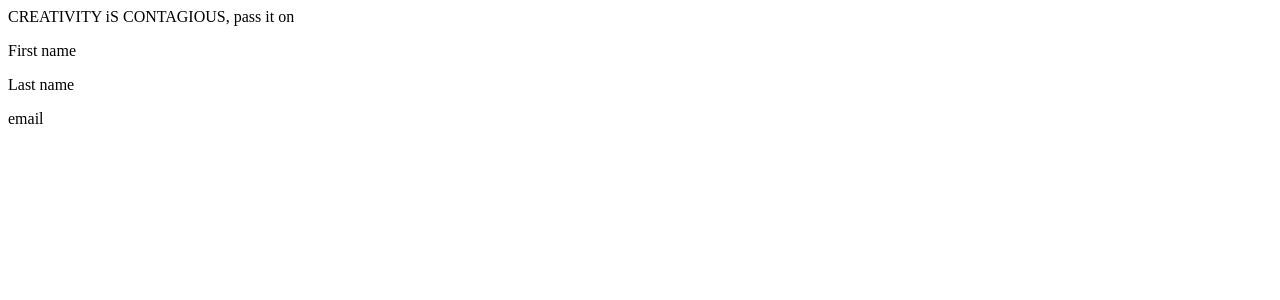
Repository: ceo-of-albeni/articles
Page: /
The author's editor kept a copy of each file at every save. The page is drawn from the files as they stood at one save, then again after the next save.
The browser window is 1280 px wide. The pictures show the whole page.
The project was rebuilt for these pictures with package versions that can differ from the ones it lists, and the page was loaded fresh each time. Also part of the build but not shown: src/reviewer's profil/reviewer.scss.

Above is the page before, as saved 2023-05-09 17:58:21.

### public/index.html
<!DOCTYPE html>
<html lang="en">
  <head>
    <meta charset="UTF-8" />
    <meta http-equiv="X-UA-Compatible" content="IE=edge" />
    <meta name="viewport" content="width=device-width, initial-scale=1.0" />
    <link rel="icon" href="%PUBLIC_URL%/favicon.ico" />
    <title>Scientist's room</title>
  </head>
  <body>
    <div id="root"></div>
  </body>
</html>

### src/App.js
import React from "react";
import Reviewer from "./reviewer's profil/reveiwer";

const App = () => {
  return (
    <>
      <div>
        <Reviewer/>
      </div>
    </>
  )
};

export default App;

### src/reviewer's profil/reveiwer.jsx
import "./reviewer.scss";

export default function Reviewer() {
    return (
        <>
            <section className="reviewer_section">
                <div className="reviewer_thema">
                CREATIVITY iS CONTAGIOUS, pass it on
                </div>
                <div className="reviewer_user">
                    <div className="user_logo"></div>
                    <div className="user_data">
                        <p>First name</p>
                        <p>Last name</p>
                        <p>email</p>
                    </div>
                </div>
            </section>
        </>
    )
}

Loaded but not shown: src/index.js (common file)

After the next save:
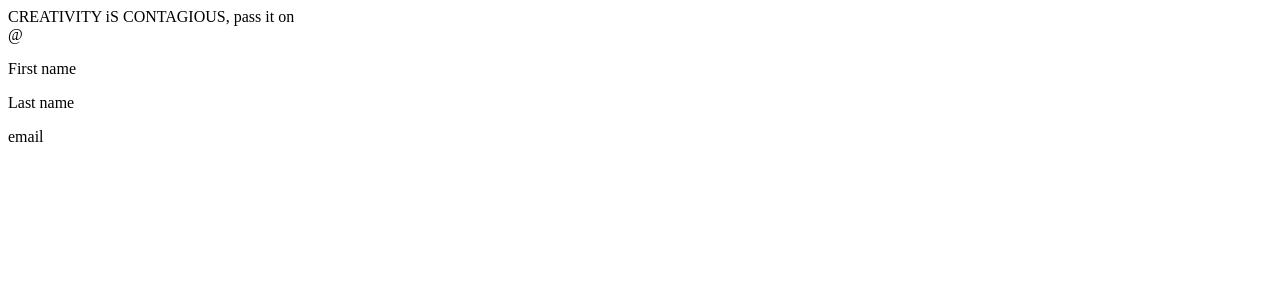
Saved 4 s later.
--- a/src/reviewer's profil/reveiwer.jsx
+++ b/src/reviewer's profil/reveiwer.jsx
@@ -8,7 +8,7 @@ export default function Reviewer() {
                 CREATIVITY iS CONTAGIOUS, pass it on
                 </div>
                 <div className="reviewer_user">
-                    <div className="user_logo"></div>
+                    <div className="user_logo">@</div>
                     <div className="user_data">
                         <p>First name</p>
                         <p>Last name</p>
